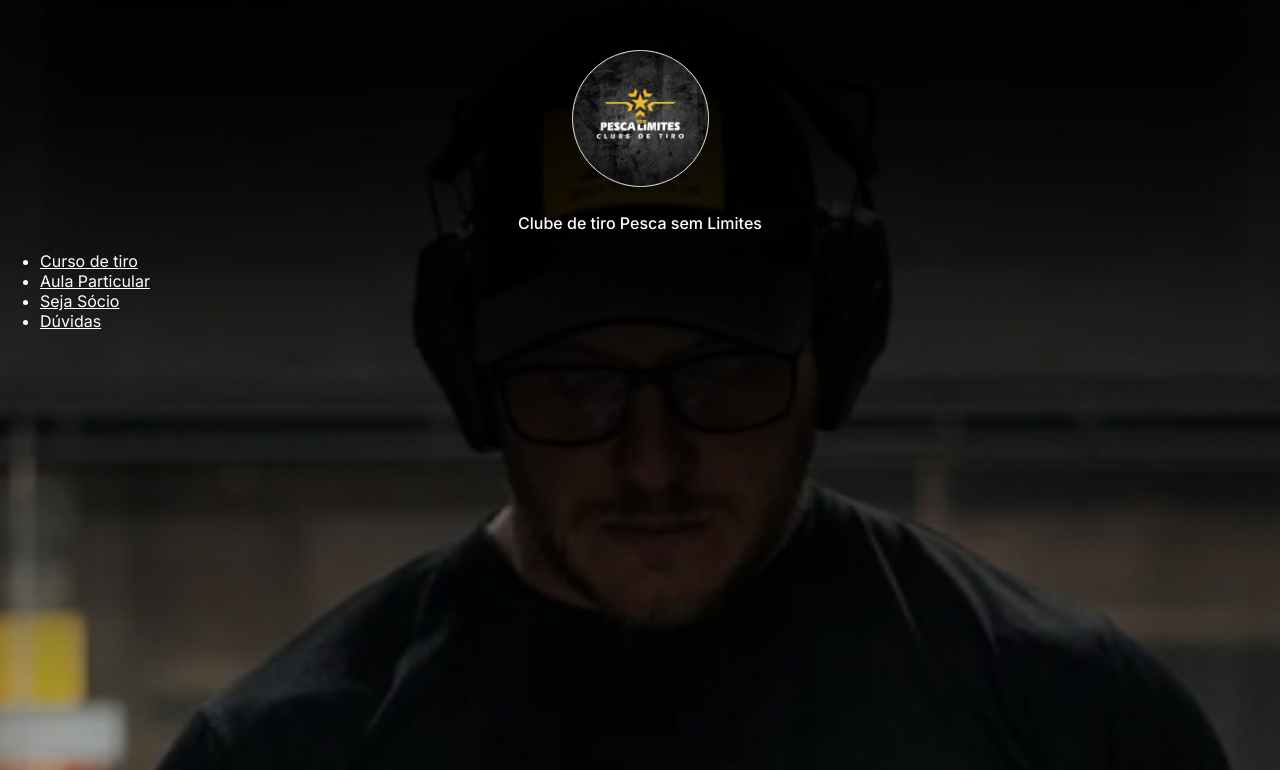
Repository: Fr4nc021/LinkPages-PescasemLimites
Page: index.html
These files come from the project's save history. The page is drawn as it stood at one moment and after the next save; the edit follows.
The browser window is 1280 px wide. The pictures show the whole page.

Above is the page before, as saved 2025-02-27 22:10:46.

After the next save:
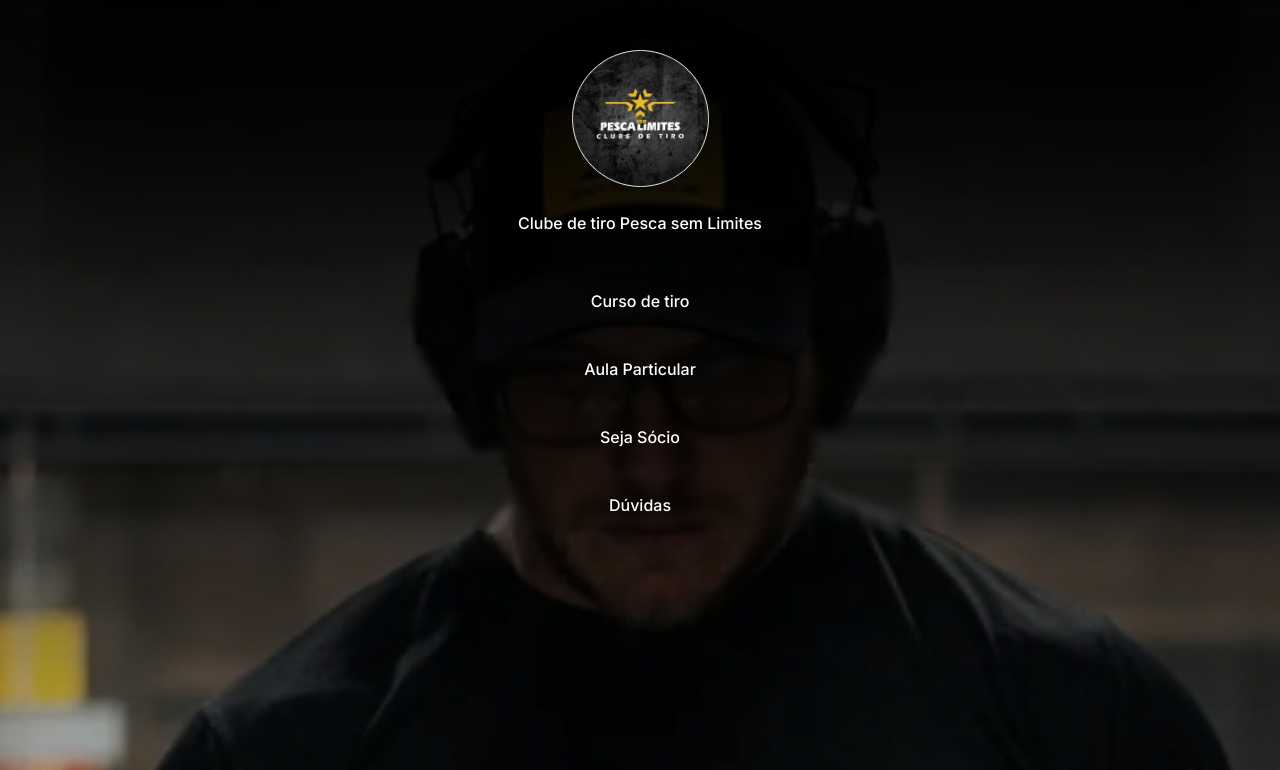
Saved 2 min 38 s later.
--- a/style.css
+++ b/style.css
@@ -18,12 +18,6 @@
     border-radius: 50%;
 }
 
-#container {
-    width: 360px;
-    margin: 56px auto 0px;
-    padding: 0 24px;
-}
-
 #profile {
     text-align: center;
 }
@@ -32,3 +26,33 @@
     line-height: 24px;
     margin-top: 24px;
 }
+
+ul{
+    list-style: none;
+    display: flex;
+    flex-direction: column;
+    gap: 16px;
+
+    padding: 24px 0;
+}
+
+ul li a {
+
+        display: flex;
+        align-items: center;
+        justify-content: center;
+
+        padding: 16px 24px;
+
+        background: var(--surface-color);
+        border: 1px solid var(--stroke-color);
+        border-radius: 8px;
+
+        -webkit-backdrop-filter: blur(4px);
+        backdrop-filter: blur(4px);
+
+        text-decoration: none;
+        font-weight: 500;
+
+        transition: background 0.2s;
+    }
